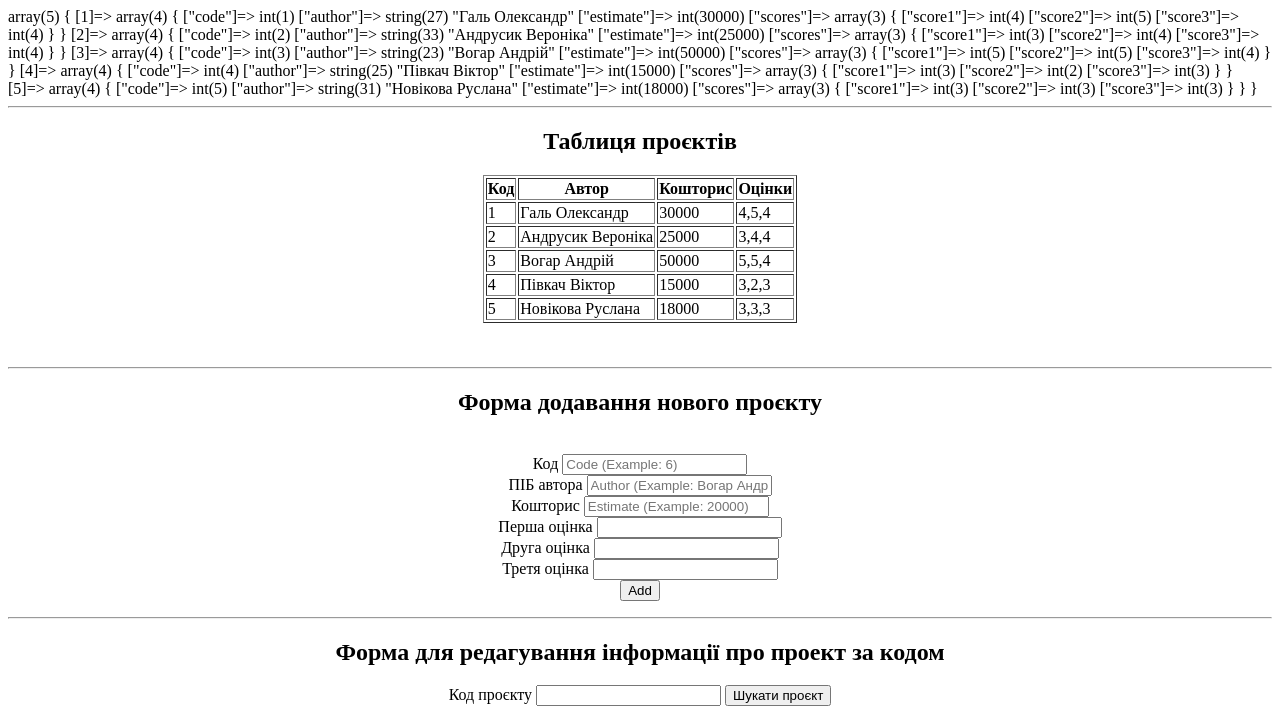
Repository: AndriyVohar/PHP-learn
Page: http://localhost/
An editor plug-in stored every save of this project. The page is shown before and after the next save, followed by the edit.
The browser window is 1280 px wide. The pictures show the whole page.
The page is run by PHP 8.4 with error messages shown; the project is at /var/www/html/.

Above is the page before, as saved 2023-10-04 20:11:47.

After the next save:
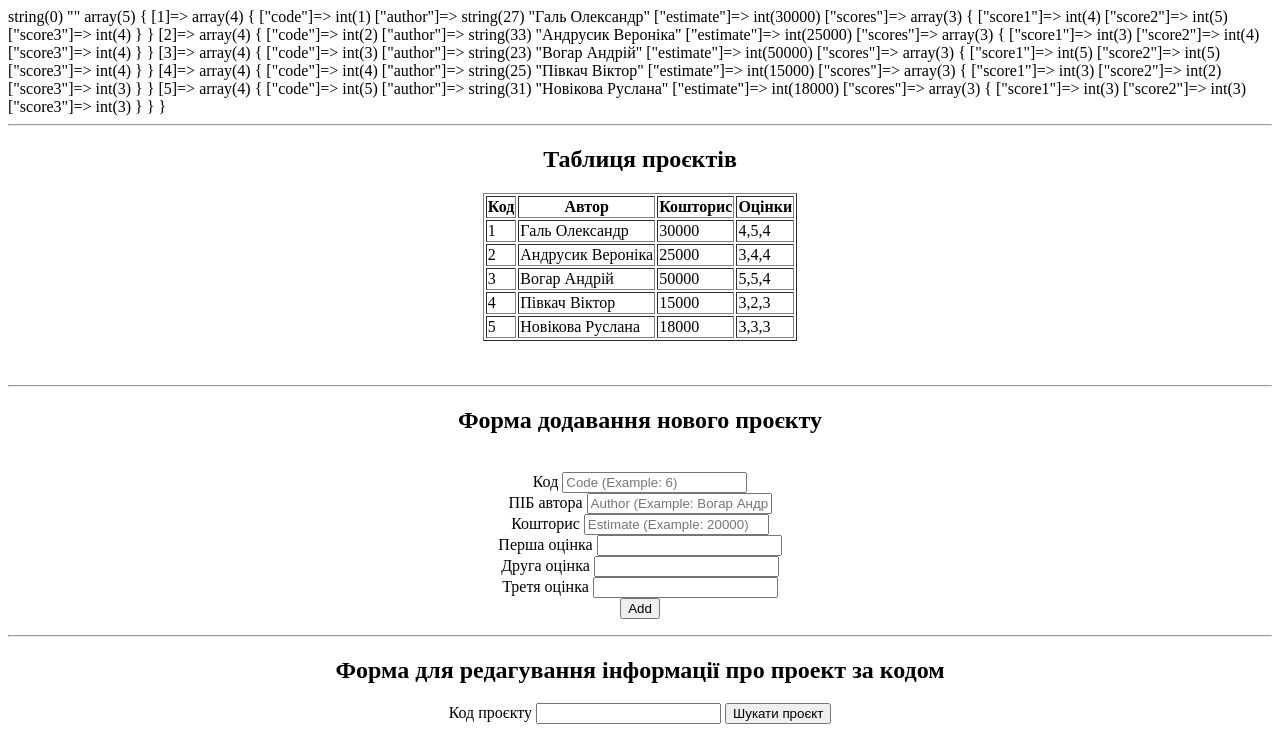
Saved 18 s later.
--- a/Lab-2/index.php
+++ b/Lab-2/index.php
@@ -1,7 +1,7 @@
 <?php
-// $projectsJSON = file_get_contents('projects-data.json');
-// $pr = json_decode($projectsJSON);
-// var_dump($projectsJSON);
+$projectsJSON = file_get_contents('projects-data.json');
+$pr = json_decode($projectsJSON);
+var_dump($projectsJSON);
 $projects = [
     1=>[
         'code'=>1,
